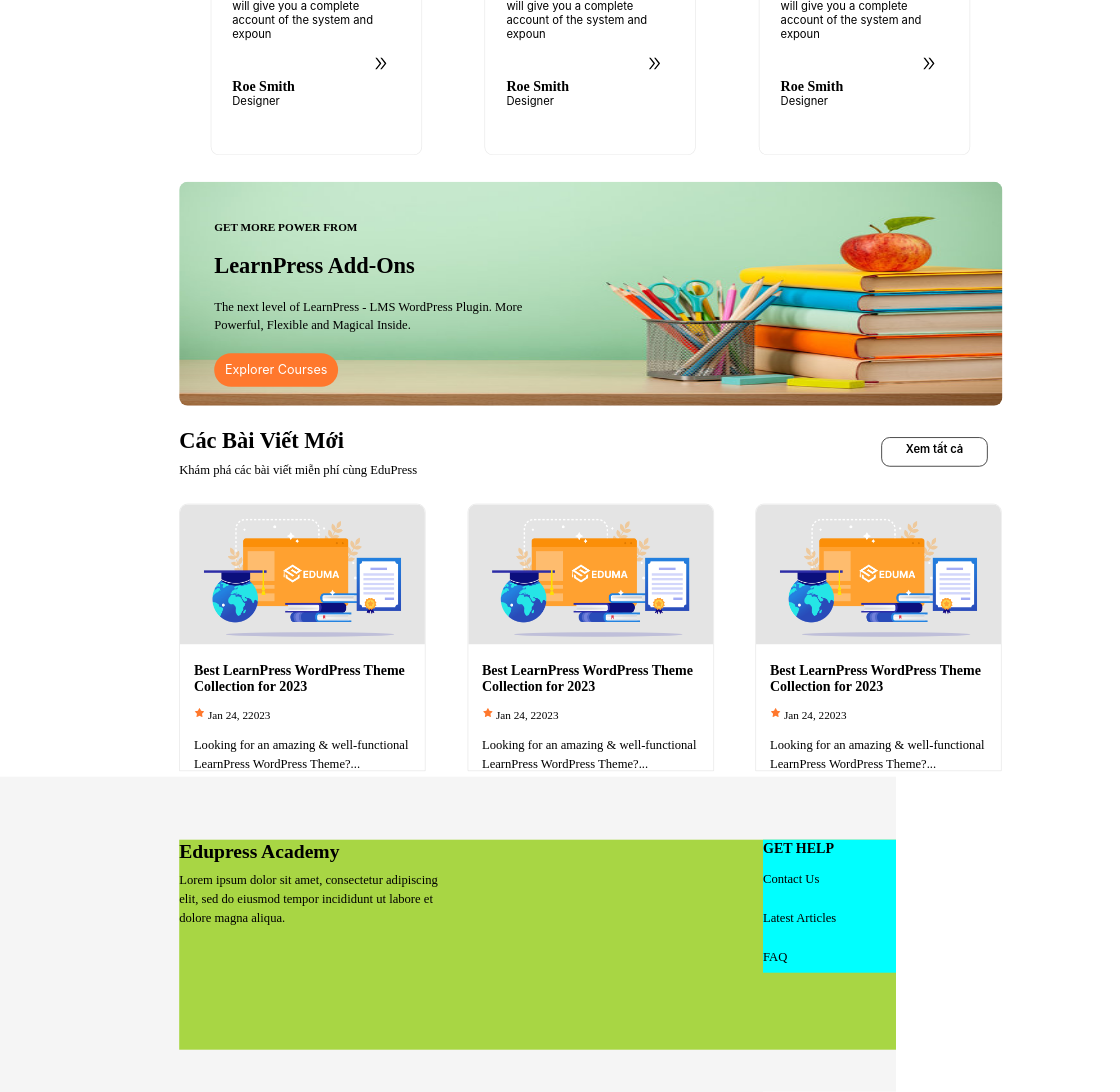
Repository: hieu1802/WebsiteEdupress
Page: / (app in my-app/)
The author's editor kept a copy of each file at every save. The page is drawn from the files as they stood at one save, then again after the next save.
The browser window is 1280 px wide. The page is 1600 px wide, so the pictures cover 1600 px, including what lies to the right of the window. The pictures show the part of the page from y = 4251 to 5811 px (the page is 5811 px tall), at 70% of full size.
The project was rebuilt for these pictures with package versions that can differ from the ones it lists, and the page was loaded fresh each time. Also part of the build but not shown: my-app/src/App.css.

Above is the page before, as saved 2024-08-08 12:25:44.

### my-app/src/App.jsx
import logo from './logo.svg';
import './App.css';
import HomePage from './Components/HomePage/HomePage.jsx';

function App() {
  return (
  <>
    <HomePage/>
  </>
  );
}

export default App;

### my-app/src/Components/HomePage/HomePage.jsx
import React from 'react'
import Header from './Header.jsx'
import { ContainerPage } from './ContainerPage.jsx'
import Footer from './Footer.jsx'

function HomePage() {
  return (
    <>
      <Header/>
      <ContainerPage/>
      <Footer/>
    </>
  )
}

export default HomePage

### my-app/src/Components/HomePage/Header.jsx
import React from 'react'
import img01 from '../img/EduPress.png'
import img02 from '../img/img02.jpg'
import img03 from '../img/img03.png'
import './HomePage.css'
import { IoIosSearch } from "react-icons/io";

function Header() {
  return (
    <>
        <div className='Header'>
            <div className='logoHeader'>
                <img src={img01}/>
                <h3>EduPress Academy</h3>
            </div>
            <ul>
                <li>Trang Chủ</li>
                <li>Khóa Học</li>
                <li>Kết Nối</li>
                <li>Đánh giá</li>
                <li>Blog</li>
                <div className='ulInput'>
                    <input placeholder='Tìm Kiếm ...'/>
                    <div className='btnHeader'><IoIosSearch  className='btnIcon'/></div>
                </div>

            </ul>
            <div className='loginHeader'>
                <div><span>Đăng Nhập</span>/<span>Đăng kí</span></div>

            </div>
        </div>
        <div className='posterHeader'>
            <img src={img02}/>
            <div className='posterContent'>
               <div className='posterSologun'>
                  <h1>EduPress Academy</h1>
                  <h2>Website học Online hàng đầu Việt Nam tích hợp đầy đủ mọi thông tin, kiến thức và những kỹ năng để giúp các bạn chinh phục mọi khó khăn một cách hoàn hảo</h2>
                  <div className='btnPoster'>Tìm hiểu ngay </div>
               </div>
               <div className='posterAvatar'>
                  <img src={img03}/>
               </div>
            </div>
        </div>
    </>

  )
}

export default Header

### my-app/src/Components/HomePage/ContainerPage.jsx
import React from 'react'
import { AiFillRocket, AiOutlineUserAdd, AiOutlineClockCircle, AiFillCheckCircle, AiOutlineDoubleLeft , AiOutlineDoubleRight ,AiFillStar     } from "react-icons/ai";
import img04 from '../img/img04.png'
import img05 from '../img/img05.png'
import img06 from '../img/img06.png'
import img07 from '../img/img07.png'
import img08 from '../img/img08.png'
import img09 from '../img/img09.png'
import img10 from '../img/img10.png'
import img11 from '../img/img11.png'
import img12 from '../img/img12.png'


export const ContainerPage = () => {

  const topCategories = [
    {
      id:1,
      name:'Art & Design',
    },
    {
      id:2,
      name:'Accountant',

    },
    {
      id:3,
      name:'Auditor',

    },
    {
      id:4,
      name:'Greengrocer',

    },
    {
      id:5,
      name:'Journalist',

    },
    {
      id:6,
      name:'Plumber',

    },
    {
      id:7,
      name:'Sea captain',

    },
    {
      id:8,
      name:'Translator',

    },
    {
      id:9,
      name:'Office worker',

    },
    {
      id:10,
      name:'IT',

    },
  ]

  const topCourses = [
    {
      id: 1,
      img:img04
    },
    {
      id: 2,
      img:img05
    },
    {
      id: 3,
      img:img06
    },
    {
      id: 4,
      img:img07
    },
    {
      id: 5,
      img:img08
    },
    {
      id: 6,
      img:img09
    },
  ]
  return (
    <div className='ContainerPage'>
       <div className='categories'>
          <div className='textCategories'>
            <div className='topCategories'>
              <h3>Top Categories</h3>
              <p>Bạn không nên bỏ qua!!!</p>
            </div>
            <div className='btnCategories'> <p>Xem tất cả</p></div>
          </div>
          <div className='boxCategories'>

              {topCategories.map((items)=>(
                <div className='miniBox' key={items.id}>
                  <AiFillRocket className='iconBox'/>
                  <h4>{items.name}</h4>
                  <h5>38K</h5>
                </div>
              ))}
          </div>
       </div>
       <div className='courses'>
          <div className='textCategories'>
            <div className='topCategories'>
              <h3>Featured courses</h3>
              <p>Ưu đãi đang chờ bạn !!!</p>
            </div>
            <div className='btnCategories'> <p>Xem tất cả</p></div>
          </div>
          <div className='boxCourses'>
              {topCourses.map((items)=>(
                <div className='boxFeaturedCourses' key={items.id}>
                  <div className='boxFeaturedCoursesImg'>
                      <img src={items.img}/>
                  </div>
                  <div className='boxFeaturedCoursesContent'>
                      <div className='boxFeaturedCoursesContentText'>
                        <p>By <span>Determined-Poitras</span></p>
                        <h4>Create an LMS Website with LearnPress</h4>
                      </div>
                      <div className='boxFeaturedCoursesContentMeta'>
                          <span><AiOutlineClockCircle style={{fontSize:'20px', marginRight:'5px', color:'rgba(241, 152, 34, 0.979)'}}/>2 Weeks</span>
                          <span><AiOutlineUserAdd style={{fontSize:'20px', marginRight:'5px', color:'rgba(241, 152, 34, 0.979)'}}/> 50 students </span>
                      </div>
                      <div className='boxFeaturedCoursesContentPrice'>
                          <div className='price'>
                            <p>4.500.000đ</p><span>2.000.000đ </span>
                          </div>
                          <b>Xem chi tiết</b>
                      </div>
                  </div>
              </div>
              ))}
          </div>
       </div>
       <div className='banner'>
          <img src={img10} style={{width:'98%', height:'100%', borderRadius:'12px'}}/>
          <div className='bannerContent'>
            <h5>GET MORE POWER FROM</h5>
            <h2>LearnPress Add-Ons</h2>
            <p>The next level of LearnPress - LMS WordPress Plugin. More Powerful, Flexible and Magical Inside.</p>
            <div className='btnBanner'>Explorer Courses</div>
          </div>
       </div>
       <div className='counterBox'>
          <div className='counterBoxContent'>
              <h2>25+</h2>
              <a href='#'>Active Students</a>
          </div>
          <div className='counterBoxContent'>
              <h2>900</h2>
              <a href='#'>Total Courses</a>
          </div>
          <div className='counterBoxContent'>
              <h2>150</h2>
              <a href='#'>Instructors</a>
          </div>
          <div className='counterBoxContent'>
              <h2>100%</h2>
              <a href='#'>Satisfaction rate</a>
          </div>
       </div>
       <div className='boxConnect'>
          <div className='boxConnectImg'>
              <img src={img11} style={{width:'70%', height:'100%', marginLeft:'80px'}}/>
          </div>
          <div className='boxConnectContent'>
            <div className='boxConnectText'>
              <h2> Kết Nối Đa Dạng</h2>
            </div>
            <div className='boxConnectContainer'>
              <div className='introduce'>
                <p>EduPress Academy đã có mặt trên nhiều nền tảng Online khác nhau tẩm
                   bảo đa dạng sự chọn bạn. Chọn ngay tại: </p>
              </div>
              <div className='connect'>
                  <span> <AiFillCheckCircle className='connectIcons'/> <a href='#'>Zoom</a></span>
                  <span> <AiFillCheckCircle className='connectIcons'/> <a href='#'>Microsoft Teams.</a></span>
                  <span> <AiFillCheckCircle className='connectIcons'/> <a href='#'>Google Classroom.</a></span>
                  <span> <AiFillCheckCircle className='connectIcons'/> <a href='#'>Skype</a></span>
                  <span> <AiFillCheckCircle className='connectIcons'/> <a href='#'>Youtube</a></span>
                  <span> <AiFillCheckCircle className='connectIcons'/> <a href='#'>Vsee</a></span>
              </div>
            </div>
          </div>
       </div>
       <div className='banner'>
          <img src={img10} style={{width:'98%', height:'100%', borderRadius:'12px'}}/>
          <div className='bannerContent'>
            <h5>GET MORE POWER FROM</h5>
            <h2>LearnPress Add-Ons</h2>
            <p>The next level of LearnPress - LMS WordPress Plugin. More Powerful, Flexible and Magical Inside.</p>
            <div className='btnBanner'>Explorer Courses</div>
          </div>
       </div>
       <div className='boxFeedbacks'>
          <div className='feedbacksHeading'>
              <h2>Student feedbacks</h2>
              <p>Lắng nghe đánh giá của học viên sau khi theo học ở EduPress Academy nhé !!!</p>
          </div>
          <div className='feedbacksHeadingContent'>
              <div className='feedbackItems'>
                  <div className='feedbacksContents'>
                      <AiOutlineDoubleLeft style={{
                        marginBottom:'20px',
                        fontSize:'24px'
                      }}/>
                      <div className='feedbacksContentText'>
                          <p>I must explain to you how all this mistaken . Tdea of denouncing pleasure and praising
                          pain was born and I will give you a complete account of the system and expoun</p>
                      </div>
                      <AiOutlineDoubleRight style={{
                        marginLeft:'200px',
                        marginTop:'20px',
                        fontSize:'24px'
                      }}/>
                  </div>
                  <div className='feedbacksIdName'>
                        <h4>Roe Smith</h4>
                        <p>Designer</p>
                  </div>
              </div>
              <div className='feedbackItems'>
                  <div className='feedbacksContents'>
                      <AiOutlineDoubleLeft style={{
                        marginBottom:'20px',
                        fontSize:'24px'
                      }}/>
                      <div className='feedbacksContentText'>
                          <p>I must explain to you how all this mistaken . Tdea of denouncing pleasure and praising
                          pain was born and I will give you a complete account of the system and expoun</p>
                      </div>
                      <AiOutlineDoubleRight style={{
                        marginLeft:'200px',
                        marginTop:'20px',
                        fontSize:'24px'
                      }}/>
                  </div>
                  <div className='feedbacksIdName'>
                        <h4>Roe Smith</h4>
                        <p>Designer</p>
                  </div>
              </div>
              <div className='feedbackItems'>
                  <div className='feedbacksContents'>
                      <AiOutlineDoubleLeft style={{
                        marginBottom:'20px',
                        fontSize:'24px'
                      }}/>
                      <div className='feedbacksContentText'>
                          <p>I must explain to you how all this mistaken . Tdea of denouncing pleasure and praising
                          pain was born and I will give you a complete account of the system and expoun</p>
                      </div>
                      <AiOutlineDoubleRight style={{
                        marginLeft:'200px',
                        marginTop:'20px',
                        fontSize:'24px'
                      }}/>
                  </div>
                  <div className='feedbacksIdName'>
                        <h4>Roe Smith</h4>
                        <p>Designer</p>
                  </div>
              </div>
          </div>
       </div>
       <div className='banner'>
          <img src={img10} style={{width:'98%', height:'100%', borderRadius:'12px'}}/>
          <div className='bannerContent'>
            <h5>GET MORE POWER FROM</h5>
            <h2>LearnPress Add-Ons</h2>
            <p>The next level of LearnPress - LMS WordPress Plugin. More Powerful, Flexible and Magical Inside.</p>
            <div className='btnBanner'>Explorer Courses</div>
          </div>
       </div>
       <div className='articles'>
          <div className='articlesHeading'>
             <div className='articlesTitle'>
                <h2>Các Bài Viết Mới</h2>
                <p>Khám phá các bài viết miễn phí cùng EduPress</p>
             </div>
             <div className='btnCategories'> <p>Xem tất cả</p></div>
          </div>
          <div className='articlesContainer'>
            <div className='articlesBox'>
              <img src={img12}/>
              <div className='articlesContent'>
                 <h4>Best LearnPress WordPress Theme Collection for 2023</h4>
                 <span> <AiFillStar style={{color:' #FF782D'}}/>  Jan 24, 22023</span>
                 <p>Looking for an amazing & well-functional LearnPress WordPress Theme?...</p>
              </div>
            </div>
            <div className='articlesBox'>
              <img src={img12}/>
              <div className='articlesContent'>
                 <h4>Best LearnPress WordPress Theme Collection for 2023</h4>
                 <span> <AiFillStar style={{color:' #FF782D'}}/>  Jan 24, 22023</span>
                 <p>Looking for an amazing & well-functional LearnPress WordPress Theme?...</p>
              </div>
            </div>
            <div className='articlesBox'>
              <img src={img12}/>
              <div className='articlesContent'>
                 <h4>Best LearnPress WordPress Theme Collection for 2023</h4>
                 <span> <AiFillStar style={{color:' #FF782D'}}/>  Jan 24, 22023</span>
                 <p>Looking for an amazing & well-functional LearnPress WordPress Theme?...</p>
              </div>
            </div>
          </div>
       </div>
    </div>
  )
}

### my-app/src/Components/HomePage/Footer.jsx
import React from 'react'

function Footer() {
  return (
    <div className='footerPage'>
        <div className='footerContaier'>
            <div className='footerEdupress'>
                <h2>Edupress Academy</h2>
                <p>Lorem ipsum dolor sit amet, consectetur adipiscing elit, sed do eiusmod tempor incididunt ut labore et dolore magna aliqua.</p>
            </div>
            <div className='footerHelp'>
                <h2>GET HELP</h2>
                <p>Contact Us</p>
                <p>Latest Articles</p>
                <p>FAQ </p>
            </div>
        </div>
    </div>
  )
}

export default Footer

Loaded but not shown: my-app/public/index.html (common file); my-app/src/index.js (common file); my-app/src/index.css (common file); my-app/src/reportWebVitals.js (common file); my-app/src/Components/HomePage/HomePage.css (745 lines, source omitted)

After the next save:
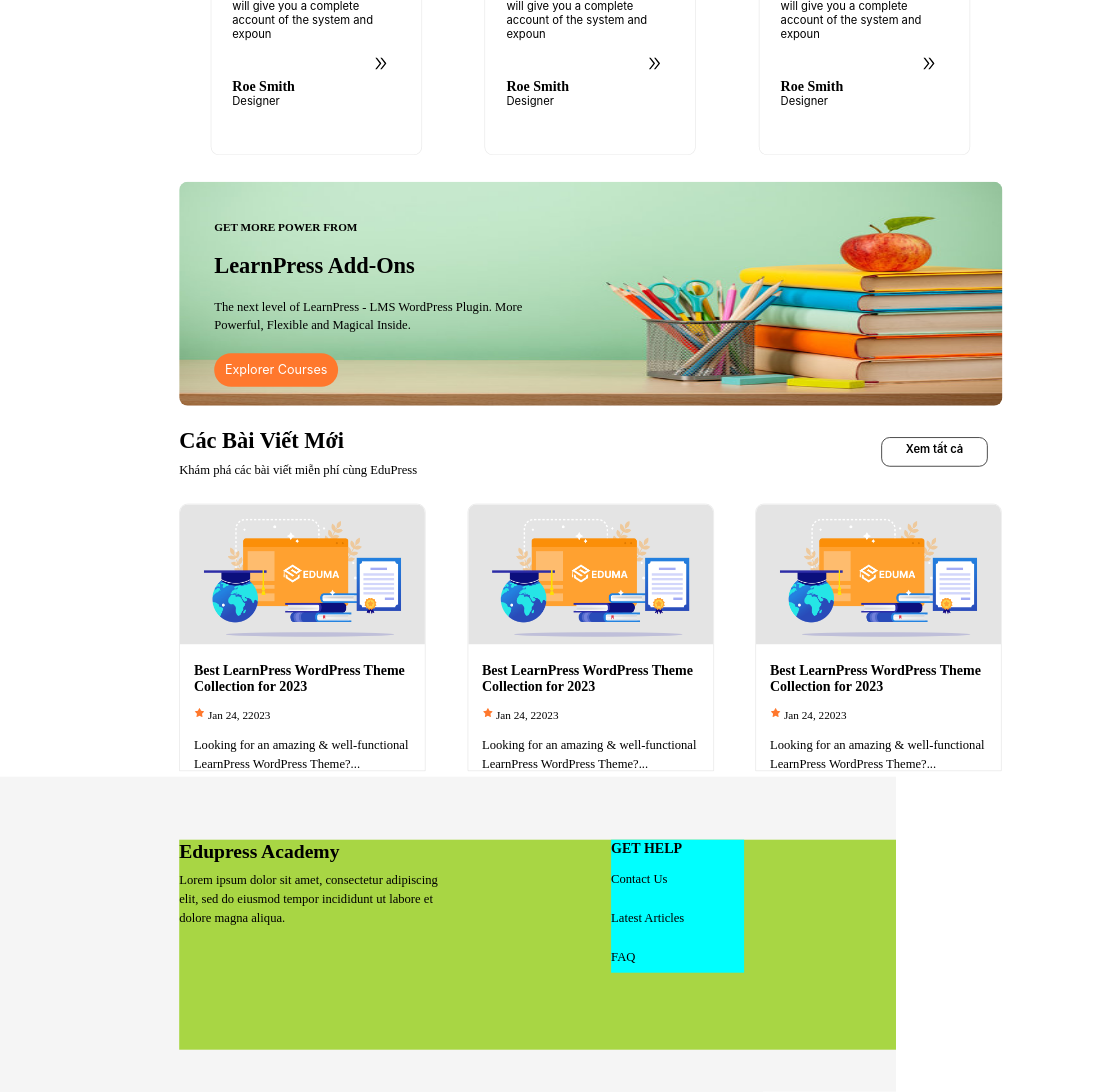
Saved 4 min 40 s later.
--- a/my-app/src/Components/HomePage/Footer.jsx
+++ b/my-app/src/Components/HomePage/Footer.jsx
@@ -14,6 +14,9 @@
                 <p>Latest Articles</p>
                 <p>FAQ </p>
             </div>
+            <div className='footerPrograms'>
+
+            </div>
         </div>
     </div>
   )
